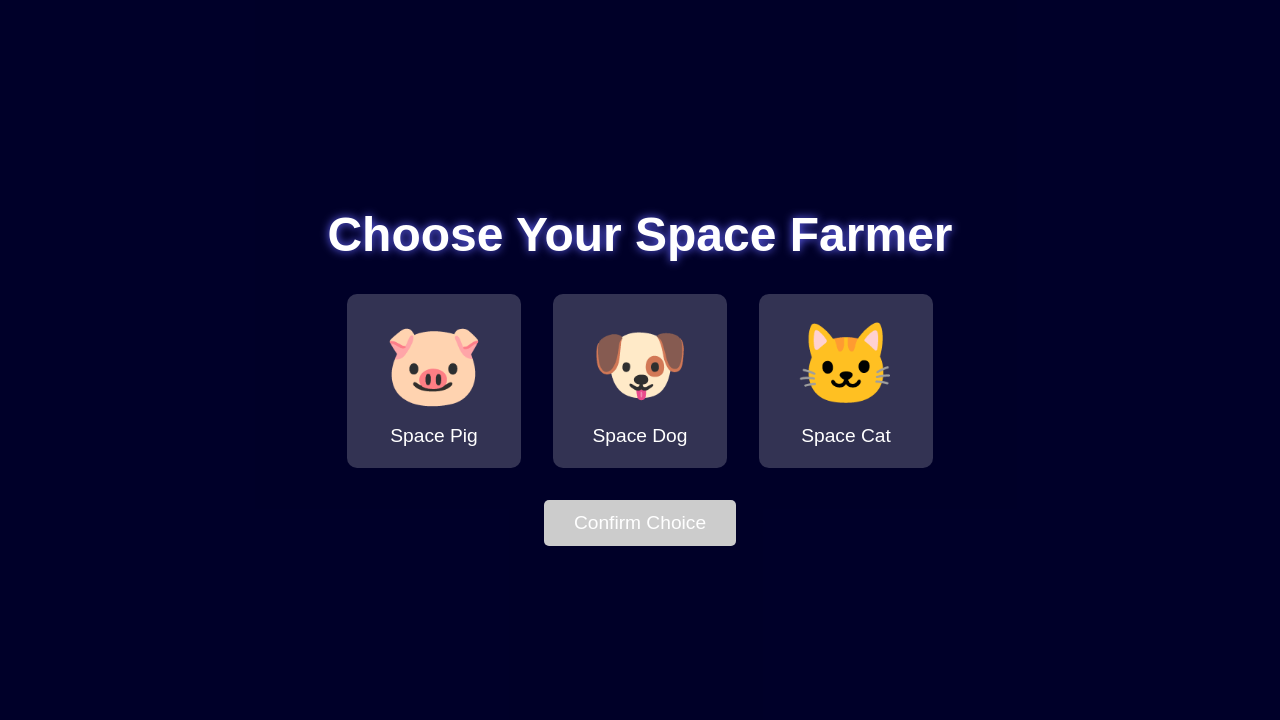
Repository: brunaguarizo/SpaceFarm
Page: index.html
The author's editor kept a copy of each file at every save. The page is drawn from the files as they stood at one save, then again after the next save.
The browser window is 1280 px wide. The pictures show the whole page.

Above is the page before, as saved 2025-04-24 11:05:16.

### index.html
<!DOCTYPE html>
<html lang="en">
    <head>
        <meta charset="UTF-8" />
        <meta
            name="viewport"
            content="width=device-width, initial-scale=1.0" />
        <title>Space Animals Game</title>
        <link
            rel="stylesheet"
            href="styles.css" />
    </head>
    <body>
        <div id="game-container">
            <!-- Character Selection Screen -->
            <div id="character-select">
                <h1>Choose Your Space Farmer</h1>
                <div class="character-options">
                    <div
                        class="character-option"
                        data-character="pig">
                        <div class="character-icon">🐷</div>
                        <div class="character-label">Space Pig</div>
                    </div>
                    <div
                        class="character-option"
                        data-character="dog">
                        <div class="character-icon">🐶</div>
                        <div class="character-label">Space Dog</div>
                    </div>
                    <div
                        class="character-option"
                        data-character="cat">
                        <div class="character-icon">🐱</div>
                        <div class="character-label">Space Cat</div>
                    </div>
                </div>
                <button
                    id="confirm-btn"
                    disabled>
                    Confirm Choice
                </button>
            </div>

            <!-- Game Screen -->
            <div id="game-screen">
                <div id="player"></div>
                <div id="score-container">
                    <div id="score">Score: 0</div>
                    <button id="pause-btn">Pause</button>
                </div>
            </div>

            <!-- Pause Screen -->
            <div id="pause-screen">
                <h2>Game Paused</h2>
                <button id="resume-btn">Resume</button>
            </div>

            <!-- Game Over Screen -->
            <div id="game-over">
                <h2>Game Over</h2>
                <div id="final-score">Score: 0</div>
                <button id="restart-btn">Play Again</button>
            </div>
        </div>

        <script src="script.js"></script>
    </body>
</html>

### styles.css
body {
    margin: 0;
    padding: 0;
    overflow: hidden;
    font-family: "Arial", sans-serif;
    background-color: #000;
}

#game-container {
    position: relative;
    width: 100vw;
    height: 100vh;
    background-image: "img/space-bg.jpg";
    background-size: cover;
    overflow: hidden;
}

/* Character Selection Screen */
#character-select {
    position: absolute;
    width: 100%;
    height: 100%;
    display: flex;
    flex-direction: column;
    justify-content: center;
    align-items: center;
    z-index: 10;
    background-color: rgba(0, 0, 51, 0.8);
}

#character-select h1 {
    color: white;
    font-size: 3rem;
    margin-bottom: 2rem;
    text-shadow: 0 0 10px #6666ff;
}

.character-options {
    display: flex;
    gap: 2rem;
    margin-bottom: 2rem;
}

.character-option {
    width: 150px;
    height: 150px;
    background-color: rgba(255, 255, 255, 0.2);
    border-radius: 10px;
    display: flex;
    flex-direction: column;
    align-items: center;
    justify-content: center;
    cursor: pointer;
    transition: transform 0.3s, box-shadow 0.3s;
    padding: 10px;
    border: 2px solid transparent;
}

.character-option:hover {
    transform: scale(1.05);
    box-shadow: 0 0 15px rgba(255, 255, 255, 0.5);
}

.character-option.selected {
    border-color: #ff9900;
    box-shadow: 0 0 20px #ff9900;
}

.character-icon {
    width: 100px;
    height: 100px;
    font-size: 80px;
    display: flex;
    justify-content: center;
    align-items: center;
}

.character-label {
    color: white;
    font-size: 1.2rem;
    margin-top: 10px;
}

#confirm-btn {
    padding: 12px 30px;
    background-color: #4caf50;
    color: white;
    border: none;
    border-radius: 5px;
    font-size: 1.2rem;
    cursor: pointer;
    transition: background-color 0.3s;
}

#confirm-btn:hover {
    background-color: #45a049;
}

#confirm-btn:disabled {
    background-color: #cccccc;
    cursor: not-allowed;
}

/* Game Screen */
#game-screen {
    display: none;
    position: absolute;
    width: 100%;
    height: 100%;
}

#player {
    position: absolute;
    width: 60px;
    height: 60px;
    left: 100px;
    top: 50%;
    transform: translateY(-50%);
    font-size: 50px;
    line-height: 1;
    z-index: 5;
}

.asteroid {
    position: absolute;
    font-size: 30px;
    color: #aaa;
}

#score-container {
    position: absolute;
    top: 20px;
    right: 20px;
    display: flex;
    align-items: center;
    gap: 20px;
    z-index: 5;
}

#score {
    color: white;
    font-size: 24px;
    font-weight: bold;
    background-color: rgba(0, 0, 0, 0.5);
    padding: 10px 20px;
    border-radius: 10px;
}

#pause-btn {
    background-color: rgba(0, 0, 0, 0.5);
    color: white;
    border: none;
    border-radius: 5px;
    font-size: 18px;
    padding: 10px 15px;
    cursor: pointer;
    transition: background-color 0.3s;
}

#pause-btn:hover {
    background-color: rgba(0, 0, 0, 0.7);
}

/* Game Over Screen */
#game-over {
    display: none;
    position: absolute;
    top: 0;
    left: 0;
    width: 100%;
    height: 100%;
    background-color: rgba(0, 0, 0, 0.8);
    z-index: 15;
    flex-direction: column;
    justify-content: center;
    align-items: center;
}

#game-over h2 {
    color: #ff3333;
    font-size: 3.5rem;
    margin-bottom: 1rem;
    text-shadow: 0 0 10px rgba(255, 0, 0, 0.5);
}

#final-score {
    color: white;
    font-size: 2rem;
    margin-bottom: 2rem;
}

#restart-btn {
    padding: 12px 30px;
    background-color: #3366ff;
    color: white;
    border: none;
    border-radius: 5px;
    font-size: 1.2rem;
    cursor: pointer;
    transition: background-color 0.3s;
}

#restart-btn:hover {
    background-color: #2952cc;
}

/* Utility Classes */
.invisible {
    opacity: 0;
}

/* Pause Screen */
#pause-screen {
    display: none;
    position: absolute;
    top: 0;
    left: 0;
    width: 100%;
    height: 100%;
    background-color: rgba(0, 0, 0, 0.7);
    z-index: 12;
    flex-direction: column;
    justify-content: center;
    align-items: center;
    color: white;
}

#pause-screen h2 {
    font-size: 3rem;
    margin-bottom: 2rem;
}

#resume-btn {
    padding: 12px 30px;
    background-color: #4caf50;
    color: white;
    border: none;
    border-radius: 5px;
    font-size: 1.2rem;
    cursor: pointer;
    transition: background-color 0.3s;
}

#resume-btn:hover {
    background-color: #45a049;
}

### script.js
// Game variables
let selectedCharacter = "";
let score = 0;
let playerElement;
let gameRunning = false;
let isPaused = false;
let playerY;
let asteroids = [];
let gameLoopInterval;
let asteroidInterval;
let gameHeight;
let gameWidth;

// Character emoji mapping
const characterEmojis = {
    pig: "🐷",
    dog: "🐶",
    cat: "🐱",
};

// Asteroid options
const asteroidOptions = ["🌑", "☄️", "🪨", "💫"];

// DOM elements
const characterOptions = document.querySelectorAll(".character-option");
const confirmBtn = document.getElementById("confirm-btn");
const characterSelectScreen = document.getElementById("character-select");
const gameScreen = document.getElementById("game-screen");
const pauseBtn = document.getElementById("pause-btn");
const pauseScreen = document.getElementById("pause-screen");
const resumeBtn = document.getElementById("resume-btn");
const gameOverScreen = document.getElementById("game-over");
const finalScoreDisplay = document.getElementById("final-score");
const restartBtn = document.getElementById("restart-btn");
const scoreDisplay = document.getElementById("score");

// Initialize the game
function init() {
    // Character selection event listeners
    characterOptions.forEach((option) => {
        option.addEventListener("click", () => {
            // Remove selected class from all options
            characterOptions.forEach((opt) => opt.classList.remove("selected"));
            // Add selected class to clicked option
            option.classList.add("selected");
            // Store selected character
            selectedCharacter = option.dataset.character;
            // Enable confirm button
            confirmBtn.disabled = false;
        });
    });

    // Confirm button event listener
    confirmBtn.addEventListener("click", startGame);

    // Pause button event listener
    pauseBtn.addEventListener("click", togglePause);

    // Resume button event listener
    resumeBtn.addEventListener("click", togglePause);

    // Restart button event listener
    restartBtn.addEventListener("click", restartGame);

    // Keyboard event listeners
    document.addEventListener("keydown", handleKeyPress);
}

// Start the game
function startGame() {
    // Hide character selection screen
    characterSelectScreen.style.display = "none";
    // Show game screen
    gameScreen.style.display = "block";

    // Set up player
    playerElement = document.getElementById("player");
    playerElement.innerHTML = characterEmojis[selectedCharacter];

    // Initialize variables
    gameHeight = window.innerHeight;
    gameWidth = window.innerWidth;
    score = 0;
    updateScore();
    playerY = gameHeight / 2;
    gameRunning = true;
    isPaused = false;
    asteroids = [];

    // Position player
    updatePlayerPosition();

    // Start game loop
    gameLoopInterval = setInterval(gameLoop, 16); // ~60fps

    // Start spawning asteroids
    spawnAsteroid(); // Spawn first asteroid immediately
    asteroidInterval = setInterval(spawnAsteroid, 1500); // Then every 1.5 seconds
}

// Game loop
function gameLoop() {
    if (!gameRunning || isPaused) return;

    // Move asteroids
    moveAsteroids();

    // Check collisions
    checkCollisions();
}

// Handle keyboard input
function handleKeyPress(e) {
    if (!gameRunning || isPaused) return;

    const moveDistance = 20;

    if (e.key === "ArrowUp" || e.key === "w") {
        // Move up
        playerY = Math.max(50, playerY - moveDistance);
        updatePlayerPosition();
    } else if (e.key === "ArrowDown" || e.key === "s") {
        // Move down
        playerY = Math.min(gameHeight - 50, playerY + moveDistance);
        updatePlayerPosition();
    }
}

// Update player position on screen
function updatePlayerPosition() {
    playerElement.style.top = `${playerY}px`;
}

// Spawn a new asteroid
function spawnAsteroid() {
    if (!gameRunning || isPaused) return;

    // Create asteroid element
    const asteroid = document.createElement("div");
    asteroid.classList.add("asteroid");

    // Set random asteroid type
    const asteroidType =
        asteroidOptions[Math.floor(Math.random() * asteroidOptions.length)];
    asteroid.innerHTML = asteroidType;

    // Set random position (y-axis)
    const asteroidY = Math.random() * (gameHeight - 100) + 50;

    // Set asteroid properties
    asteroid.style.left = `${gameWidth}px`;
    asteroid.style.top = `${asteroidY}px`;

    // Add to game screen
    gameScreen.appendChild(asteroid);

    // Add to asteroids array
    asteroids.push({
        element: asteroid,
        x: gameWidth,
        y: asteroidY,
        speed: Math.random() * 3 + 5, // Random speed between 5-8
        passed: false,
    });
}

// Move all asteroids
function moveAsteroids() {
    for (let i = asteroids.length - 1; i >= 0; i--) {
        const asteroid = asteroids[i];

        // Move asteroid
        asteroid.x -= asteroid.speed;
        asteroid.element.style.left = `${asteroid.x}px`;

        // Check if asteroid passed the player
        if (!asteroid.passed && asteroid.x < 100) {
            asteroid.passed = true;
            score += 10;
            updateScore();
        }

        // Remove asteroid if it's off-screen
        if (asteroid.x < -50) {
            gameScreen.removeChild(asteroid.element);
            asteroids.splice(i, 1);
        }
    }
}

// Check for collisions
function checkCollisions() {
    const playerRect = {
        x: 100,
        y: playerY - 30,
        width: 60,
        height: 60,
    };

    for (const asteroid of asteroids) {
        const asteroidRect = {
            x: asteroid.x,
            y: asteroid.y - 15,
            width: 30,
            height: 30,
        };

        // Check if player and asteroid rectangles intersect
        if (
            playerRect.x < asteroidRect.x + asteroidRect.width &&
            playerRect.x + playerRect.width > asteroidRect.x &&
            playerRect.y < asteroidRect.y + asteroidRect.height &&
            playerRect.y + playerRect.height > asteroidRect.y
        ) {
            // Collision detected
            gameOver();
            return;
        }
    }
}

// Update score display
function updateScore() {
    scoreDisplay.textContent = `Score: ${score}`;
}

// Toggle pause state
function togglePause() {
    isPaused = !isPaused;

    if (isPaused) {
        pauseScreen.style.display = "flex";
    } else {
        pauseScreen.style.display = "none";
    }
}

// Game over
function gameOver() {
    gameRunning = false;

    // Clear intervals
    clearInterval(gameLoopInterval);
    clearInterval(asteroidInterval);

    // Update final score
    finalScoreDisplay.textContent = `Score: ${score}`;

    // Show game over screen
    gameOverScreen.style.display = "flex";
}

// Restart game
function restartGame() {
    // Clear asteroids
    asteroids.forEach((asteroid) => {
        if (asteroid.element.parentNode) {
            asteroid.element.parentNode.removeChild(asteroid.element);
        }
    });

    // Hide game over screen
    gameOverScreen.style.display = "none";

    // Go back to character selection
    gameScreen.style.display = "none";
    characterSelectScreen.style.display = "flex";

    // Reset character selection
    characterOptions.forEach((opt) => opt.classList.remove("selected"));
    confirmBtn.disabled = true;
    selectedCharacter = "";
}

// Initialize the game when the page loads
window.addEventListener("load", init);

After the next save:
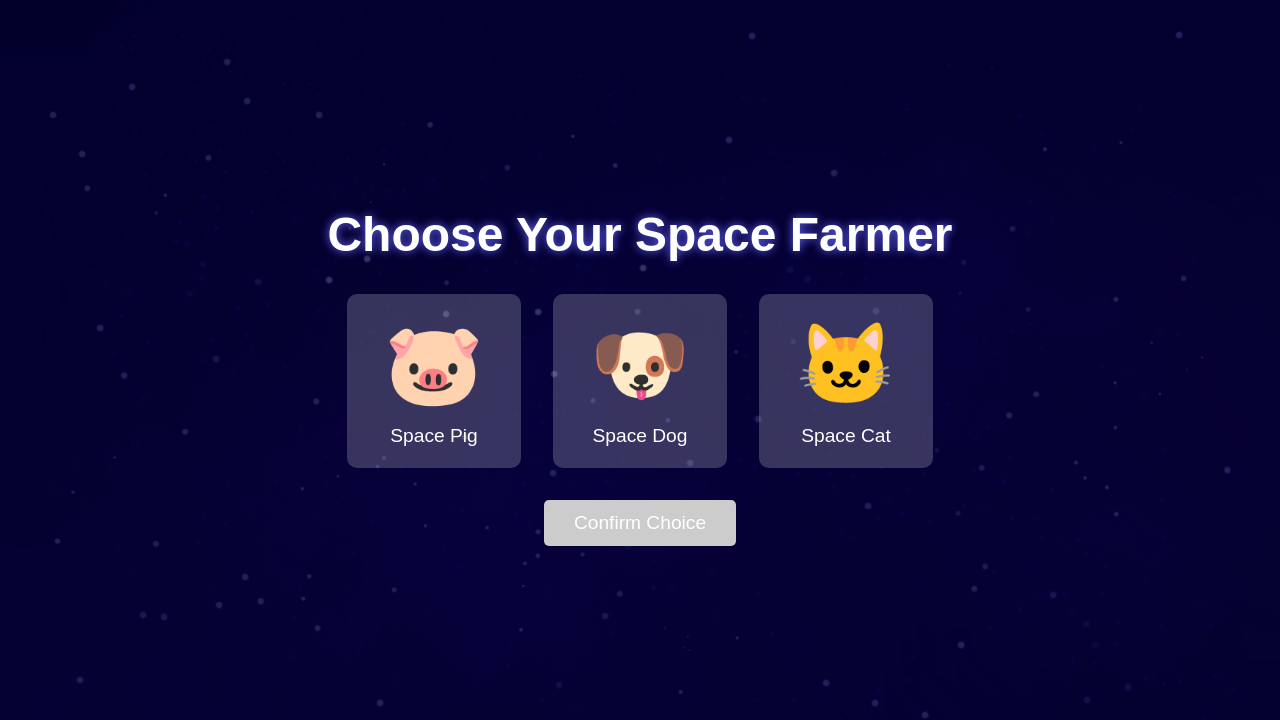
Saved 31 s later.
--- a/styles.css
+++ b/styles.css
@@ -10,7 +10,7 @@ body {
     position: relative;
     width: 100vw;
     height: 100vh;
-    background-image: "img/space-bg.jpg";
+    background-image: url("img/space-bg.jpg");
     background-size: cover;
     overflow: hidden;
 }
